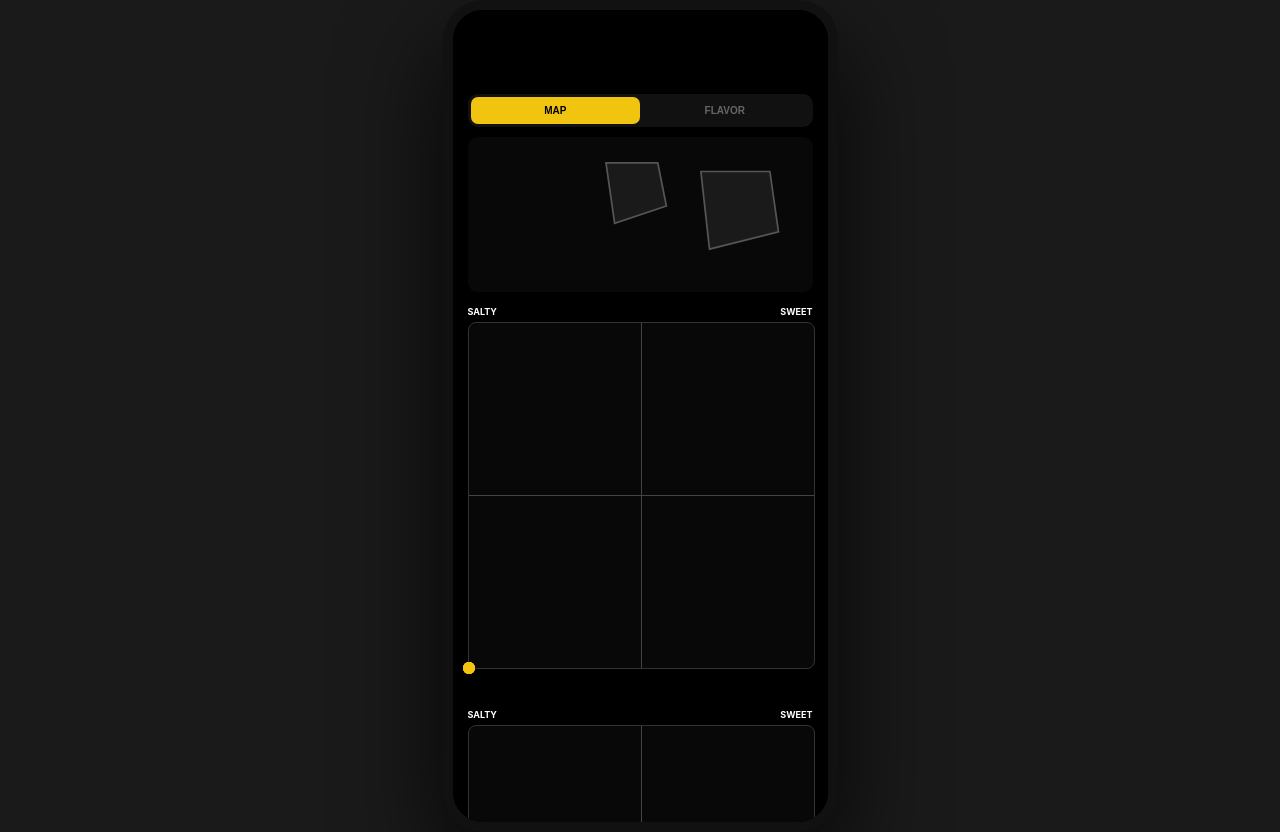
Repository: dkg11hu/baking-core
Page: index.html
These files come from the project's save history. The page is drawn as it stood at one moment and after the next save; the edit follows.
The browser window is 1280 px wide. The pictures show the whole page.

Above is the page before, as saved 2026-01-02 20:02:56.

### index.html
<!DOCTYPE html>
<html lang="en">
<head>
    <meta charset="UTF-8">
    <link rel="icon" href="data:[embedded picture, 216 characters]">
    <meta name="viewport" content="width=device-width, initial-scale=1.0, maximum-scale=1.0, user-scalable=no">
    <title>Baking Core | XS Driver</title>
    <link rel="stylesheet" href="style.css">
</head>
<body>
    <div class="iphone-xs">
        <div class="notch"></div>
        <div class="screen-content">
            <section id="browser-view">
                <div class="sticky-header">
                    <h1 class="brand-title">Baking Core</h1>
                    <div id="graphical-selector"></div>
                    <div id="filter-chips" class="chip-container"></div>
                </div>
                <div id="tile-grid" class="tile-grid"></div>
            </section>
            <section id="workflow-view" class="hidden">
                <div id="media-stage" class="media-container"></div>
                <div class="content-stage">
                    <div id="step-metadata"></div>
                    <div id="step-description"></div>
                </div>
                <div class="stepper-controls">
                    <button class="btn-nav" onclick="changeStep(-1)">BACK</button>
                    <button class="btn-nav primary" onclick="changeStep(1)">NEXT</button>
                </div>
            </section>
        </div>
        <div class="home-indicator"></div>
    </div>
    <script type="module" src="app.js"></script>
</body>
</html>

### style.css
:root {
    --primary: #f1c40f;
    --bg: #000000;
    --surface: #121212;
    --text: #ffffff;
    --phone-w: 375px;
    --phone-h: 812px;
}

body {
    margin: 0; background: #1a1a1a; display: flex; justify-content: center;
    align-items: center; min-height: 100vh; overflow: hidden;
    font-family: -apple-system, BlinkMacSystemFont, "Segoe UI", Roboto, sans-serif;
}

/* --- HARDWARE --- */
.iphone-xs {
    width: var(--phone-w); height: var(--phone-h); background: #000;
    border-radius: 40px; position: relative; border: 10px solid #111;
    overflow: hidden; box-shadow: 0 40px 100px rgba(0,0,0,0.8);
}

.notch {
    position: absolute; top: 0; left: 50%; transform: translateX(-50%);
    width: 170px; height: 30px; background: #000; z-index: 1000;
    border-bottom-left-radius: 18px; border-bottom-right-radius: 18px;
}

.screen-content {
    width: 100%; height: 100%; background: var(--bg);
    display: flex; flex-direction: column; overflow-y: auto; overflow-x: hidden;
}

/* --- UI ELEMENTS --- */
#graphical-selector { padding: 15px; border-bottom: 2px solid #1a1a1a; }

.selector-tabs { display: flex; background: #111; padding: 3px; border-radius: 10px; margin-bottom: 10px; }
.tab-btn {
    flex: 1; background: transparent; border: none; color: #666; padding: 8px;
    font-size: 10px; font-weight: 800; border-radius: 7px; cursor: pointer;
}
.tab-btn.active { background: var(--primary); color: #000; }

/* --- MAP --- */
.map-region { fill: #1a1a1a; stroke: #555; stroke-width: 2; transition: 0.3s; }
.map-region.active { fill: var(--primary); stroke: #fff; filter: drop-shadow(0 0 8px var(--primary)); }

/* --- FLAVOR WHEEL --- */
.flavor-matrix-container { width: 100%; display: block; padding: 10px 0; }
.matrix-labels { display: flex; justify-content: space-between; color: #fff; font-size: 9px; font-weight: bold; }
.flavor-plot {
    width: 100%; aspect-ratio: 1/1; background: #080808; border: 1px solid #333;
    position: relative; margin-top: 5px; border-radius: 8px;
}
.axis-x { position: absolute; bottom: 50%; width: 100%; height: 1px; background: #444; }
.axis-y { position: absolute; left: 50%; height: 100%; width: 1px; background: #444; }
.flavor-dot {
    position: absolute; width: 12px; height: 12px; background: var(--primary);
    border-radius: 50%; transform: translate(-50%, 50%); cursor: pointer; z-index: 10;
}

/* --- TILES --- */
.tile-grid { display: grid; grid-template-columns: repeat(2, 1fr); gap: 12px; padding: 15px; }
.tile {
    width: 100%; aspect-ratio: 1/1; position: relative; overflow: hidden;
    border-radius: 14px; background: var(--surface); border: 1px solid #222;
}
.tile img { width: 100%; height: 100%; object-fit: cover; }
.tile-label {
    position: absolute; bottom: 0; width: 100%; padding: 10px;
    background: linear-gradient(transparent, rgba(0,0,0,0.9)); color: #fff; font-size: 11px;
}

/* --- TOOLTIP --- */
.ui-tooltip {
    position: absolute; display: none; padding: 6px 12px; background: #fff;
    color: #000; font-size: 10px; font-weight: 800; border-radius: 4px;
    pointer-events: none; z-index: 9999; text-transform: uppercase;
}

### app.js
import { State } from './src/UI/State.mjs';
import { Gallery } from './src/UI/Gallery.mjs';
import { Driver } from './src/UI/Driver.mjs';
import { FlavorWheel } from './src/UI/FlavorWheel.mjs';

window.showHelper = (e, label) => {
    const tooltip = document.getElementById('ui-tooltip');
    if (!tooltip) return;
    tooltip.innerText = label;
    tooltip.style.display = 'block';
    const frame = document.querySelector('.iphone-xs').getBoundingClientRect();
    tooltip.style.left = `${e.clientX - frame.left + 15}px`;
    tooltip.style.top = `${e.clientY - frame.top - 30}px`;
};

window.hideHelper = () => {
    const t = document.getElementById('ui-tooltip');
    if (t) t.style.display = 'none';
};

window.switchSelector = (viewId) => {
    document.querySelectorAll('.tab-btn').forEach(b => b.classList.toggle('active', b.dataset.view === viewId));
    document.getElementById('view-map').style.display = viewId === 'map' ? 'block' : 'none';
    document.getElementById('view-flavor').style.display = viewId === 'flavor' ? 'block' : 'none';
};

window.filterByTerritory = (territory) => Gallery.filterByTerritory(territory, State.ssot, State.locale);
window.startWorkflow = (id) => { window.hideHelper(); Driver.start(id, State.ssot, State.locale); };

async function boot() {
    try {
        await State.init();
        const screen = document.querySelector('.screen-content');
        const tooltip = document.createElement('div');
        tooltip.id = 'ui-tooltip'; tooltip.className = 'ui-tooltip';
        screen.appendChild(tooltip);

        Gallery.render(State.ssot, State.locale);

        const selector = document.getElementById('graphical-selector');
        selector.innerHTML += FlavorWheel.render();

        requestAnimationFrame(() => {
            FlavorWheel.plotProducts(State.ssot, State.locale);
        });

        console.log("iPhone XS Driver: Online");
    } catch (err) { console.error("Boot failed:", err); }
}
boot();

### src/UI/State.mjs
export const State = {
    ssot: null,
    locale: null,
    currentId: null,
    currentStepIdx: 0,

    async init() {
        const [sRes, lRes] = await Promise.all([
            fetch('./data/Store/Registry/definitions.json'),
            fetch('./data/Store/Locale/en.json')
        ]);
        this.ssot = await sRes.json();
        this.locale = await lRes.json();
        return { ssot: this.ssot, locale: this.locale };
    }
};

### src/UI/Gallery.mjs
import { MediaHelper } from './MediaHelper.mjs';
import { MapSelection } from './Map.mjs';
import { FlavorWheel } from './FlavorWheel.mjs'; // Unified to singular

export const Gallery = {
    render(ssot, locale) {
        const selector = document.getElementById('graphical-selector');
        if (selector) {
            // Render the Tab Switcher + Map + Flavor Wheel
            selector.innerHTML = `
                <div class="selector-tabs">
                    <button class="tab-btn active" data-view="map" onclick="window.switchSelector('map')">MAP</button>
                    <button class="tab-btn" data-view="flavor" onclick="window.switchSelector('flavor')">FLAVOR</button>
                </div>
                ${MapSelection.render()}
                <div id="view-flavor" class="selector-view">${FlavorWheel.render()}</div>
            `;
        }

        // Initial load of all items
        this.filterByTerritory('ALL', ssot, locale);

        // Plot the dots on the sensory matrix
        FlavorWheel.plotProducts(ssot, locale);
    },

    filterByTerritory(territory, ssot, locale) {
        // Visual feedback for Map
        document.querySelectorAll('.map-region').forEach(reg => {
            reg.classList.toggle('active', reg.id === territory);
        });

        const products = Object.entries(ssot.registry).filter(([id, data]) => {
            if (data.type !== 'BRANCH') return false;
            // Logic-Blind: Matching database fieldname
            return territory === 'ALL' || data.classification?.territory === territory;
        });

        this.renderTiles(products, locale);
    },

    renderTiles(products, locale) {
        const grid = document.getElementById('tile-grid');
        if (!grid) return;

        grid.innerHTML = products.map(([id, data]) => {
            const imgUrl = MediaHelper.safeImage(data.ui_features?.tile_photo, id);
            const fallback = MediaHelper.getFallbackSVG(id);

            return `
                <div class="tile"
                     onclick="window.startWorkflow('${id}')"
                     onmousemove="window.showHelper(event, '${locale[id] || id}')"
                     onmouseleave="window.hideHelper()">
                    <img src="${imgUrl}"
                         alt="${id}"
                         onerror="this.onerror=null; this.src='${fallback}';">
                    <div class="tile-label">
                        <strong>${locale[id] || id}</strong>
                    </div>
                </div>
            `;
        }).join('');
    }
};

### src/UI/Driver.mjs
import { GraphResolver } from '../Graph/Core/Resolver.mjs';
import { State } from './State.mjs';

export const Driver = {
    async start(id, ssot, locale) {
        State.currentProcess = await GraphResolver.resolve(id, ssot);
        State.currentStepIdx = 0;
        document.getElementById('browser-view').classList.add('hidden');
        document.getElementById('workflow-view').classList.remove('hidden');
        this.updateUI(locale);
    },

    move(delta, locale) {
        const next = State.currentStepIdx + delta;
        if (next >= 0 && next < State.currentProcess.workflow.length) {
            State.currentStepIdx = next;
            this.updateUI(locale);
        } else if (next < 0) {
            document.getElementById('browser-view').classList.remove('hidden');
            document.getElementById('workflow-view').classList.add('hidden');
        }
    },

    updateUI(locale) {
        const step = State.currentProcess.workflow[State.currentStepIdx];
        const media = document.getElementById('media-stage');

        media.innerHTML = `<video src="${step.video}" autoplay loop muted></video>`;

        document.getElementById('step-metadata').innerHTML = `
            <div style="display:flex; gap:10px; color:var(--primary); font-size:12px; margin-bottom:10px;">
                ${step.target_temp ? `<span>🌡️ ${step.target_temp}°C</span>` : ''}
                ${step.duration_min ? `<span>⏱️ ${step.duration_min}m</span>` : ''}
            </div>
        `;

        document.getElementById('step-description').innerHTML = `
            <small style="color:#666">${State.currentProcess.id}</small>
            <h2 style="margin:5px 0;">${locale[step.stepId] || step.stepId}</h2>
            <div style="display:flex; gap:5px; flex-wrap:wrap;">
                ${step.tools?.map(t => `<span style="background:#333; padding:2px 8px; border-radius:4px; font-size:10px;">${t}</span>`).join('') || ''}
            </div>
        `;
    }
};

### src/UI/FlavorWheel.mjs
import { Calculator } from '../Graph/Logic/Calculator.mjs';

export const FlavorWheel = {
    render() {
        return `
            <div class="flavor-matrix-container" id="view-flavor">
                <div class="matrix-labels">
                    <span class="label-y">SALTY</span>
                    <span class="label-x">SWEET</span>
                </div>
                <div id="flavor-plot" class="flavor-plot">
                    <div class="axis-x"></div>
                    <div class="axis-y"></div>
                </div>
                <div class="matrix-legend">Hover to identify • Tap to start</div>
            </div>
        `;
    },

    async plotProducts(ssot, locale) {
        const plot = document.getElementById('flavor-plot');
        if (!plot) return;

        const products = Object.entries(ssot.registry).filter(([_, item]) => item.type === 'BRANCH');

        // Reset the plot area while keeping the axis lines
        plot.innerHTML = '<div class="axis-x"></div><div class="axis-y"></div>';

        for (const [id, data] of products) {
            try {
                /** * NORMALIZATION:
                 * Database ID (PROD_YUDANE) -> lower-case filename (prod_yudane.json)
                 */
                const fileName = id.toLowerCase();
                const path = ssot.orchestration.paths.entities;
                const res = await fetch(`./data/Store/${path}/${fileName}.json`);

                if (!res.ok) continue;
                const entity = await res.json();

                const coords = this.calculateCoordinates(entity.formula, ssot);
                const displayName = locale[id] || id;

                const dot = document.createElement('div');
                dot.className = 'flavor-dot';
                dot.style.left = `${coords.x * 100}%`;
                dot.style.bottom = `${coords.y * 100}%`;

                // HOVER HELPER INTEGRATION
                dot.onmousemove = (e) => window.showHelper(e, displayName);
                dot.onmouseleave = () => window.hideHelper();

                // SELECTION ACTION
                dot.onclick = () => {
                    window.hideHelper(); // Clear tooltip on transition
                    window.startWorkflow(id);
                };

                plot.appendChild(dot);
            } catch (err) {
                console.warn(`[Sensory Mapping] Failed to plot ${id}:`, err);
            }
        }
    },

    calculateCoordinates(formula, ssot) {
        let salt = 0, sugar = 0;

        formula.forEach(ing => {
            const material = ssot.registry[ing.id];
            // Logic-Blind: checking fieldname from Database
            if (material?.material_class === 'SALTS') salt += ing.pct;
            if (material?.material_class === 'SWEETENERS') sugar += ing.pct;
        });

        // SCALE: Normalizing to UI percentages
        // Max sweet assumed at 15% (0.15), Max salt at 3% (0.03)
        return {
            x: Math.min(sugar / 0.15, 1),
            y: Math.min(salt / 0.03, 1)
        };
    }
};

### src/UI/MediaHelper.mjs
export const MediaHelper = {
    /**
     * @param {string} url - The path from definitions.json
     * @param {string} id - The Database ID (e.g., PROD_YUDANE)
     */
    safeImage(url, id) {
        // If the database field is empty or path is too short
        if (!url || url.length < 5) return this.getFallbackSVG(id);

        // Return the URL (The browser's onerror will handle physical 404s)
        return url.toLowerCase();
    },

    getFallbackSVG(label = "Baking Core") {
        const svg = `
            <svg xmlns='http://www.w3.org/2000/svg' viewBox='0 0 100 100'>
                <rect width='100' height='100' fill='#121212'/>
                <path d='M30 70 L50 30 L70 70' stroke='#f1c40f' stroke-width='2' fill='none' opacity='0.5'/>
                <text x='50%' y='85%' text-anchor='middle' fill='#555' font-size='6' font-family='monospace' letter-spacing='1'>
                    ${label.toUpperCase()}
                </text>
            </svg>`.trim();
        return `data:[embedded picture, 36 characters])}`;
    }
};

### src/UI/Map.mjs
export const MapSelection = {
    render() {
        return `
            <div class="map-container" id="view-map">
                <svg viewBox="0 0 400 180" class="interactive-map">
                    <rect width="400" height="180" fill="#080808" rx="12"/>

                    <path id="EUROPE"
                          class="map-region"
                          onmousemove="window.showHelper(event, 'Europe')"
                          onmouseleave="window.hideHelper()"
                          onclick="window.filterByTerritory('EUROPE')"
                          d="M160,30 L220,30 L230,80 L170,100 Z" />

                    <path id="ASIA"
                          class="map-region"
                          onmousemove="window.showHelper(event, 'Asia')"
                          onmouseleave="window.hideHelper()"
                          onclick="window.filterByTerritory('ASIA')"
                          d="M270,40 L350,40 L360,110 L280,130 Z" />
                </svg>
            </div>
        `;
    }
};

### src/Graph/Core/Resolver.mjs
export const GraphResolver = {
    async resolve(id, ssot) {
        const product = ssot.registry[id];
        if (!product) throw new Error(`ID ${id} not found in registry`);

        // Get path from orchestration: e.g., "Entities"
        const path = ssot.orchestration.paths.entities;

        /** * FIX: Case-Sensitivity Mapping
         * Registry ID (Uppercase: PROD_YUDANE) -> Filename (Lowercase: prod_yudane.json)
         */
        const fileName = id.toLowerCase();
        const res = await fetch(`./data/Store/${path}/${fileName}.json`);

        // Handle potential fetch errors (404, 500)
        if (!res.ok) {
            throw new Error(`Failed to load entity file: ./data/Store/${path}/${fileName}.json`);
        }

        const entity = await res.json();

        // COMPOSITION: Stitching the tech array (e.g., ["TECH_SCALD", "TECH_LEAVENED_BASE"])
        const techStack = Array.isArray(product.technology_ref)
            ? product.technology_ref
            : [product.technology_ref];

        const workflow = techStack.flatMap(tId => {
            const tech = ssot.technologies[tId];
            if (!tech) {
                console.warn(`Technology ${tId} defined in registry but missing in technologies library.`);
                return [];
            }

            return Object.entries(tech.steps).map(([stepId, globalData]) => ({
                stepId,
                ...globalData,
                // Apply instance-level overrides from the entity JSON (target_temp, duration_min)
                ...(entity.parameters?.[stepId] || {})
            }));
        });

        return {
            id,
            workflow,
            formula: entity.formula,
            classification: product.classification
        };
    }
};

### src/Graph/Logic/Calculator.mjs
export class Calculator {
    static sanitizeMiseEnPlace(rawResults, ssot) {
        const sanitized = {};
        for (const [id, mass] of Object.entries(rawResults)) {
            const entry = ssot.registry[id];
            const catId = entry ? entry.category_id : 'OTHER';
            const rules = ssot.physics_categories[catId] || { ROUNDING_THRESHOLD_PCT: 0.05 };
            sanitized[id] = this.applyRounding(mass, rules.ROUNDING_THRESHOLD_PCT);
        }
        return sanitized;
    }

    static applyRounding(value, threshold) {
        if (value === 0) return 0;
        const rounded = Math.round(value);
        const deviation = Math.abs((rounded - value) / value);
        return (deviation > threshold) ? Number(value.toFixed(1)) : rounded;
    }
}

### data/Store/Locale/en.json
{
    "MAT_001": "Bread Flour BL-80",
    "MAT_002": "Water",
    "MAT_003": "Whole Milk",
    "MAT_004": "Fine Sea Salt",
    "MAT_005": "Instant Dry Yeast",
    "MAT_006": "Unsalted Butter",
    "PROD_001": "Yudane Scald",
    "PROD_002": "Hokkaido Milk Bread",
    "PROC_STARTER": "Rye Starter Culture",
    "PROC_LEVAIN": "Active Liquid Levain",
    "PROD_SOURDOUGH": "Artisan Double-Fermented Sourdough",
    "MAT_WHEAT": "Stone-ground Wheat Flour",
    "MAT_WATER": "Filtered Water"
}

### data/Store/Entities/prod_yudane.json
{
  "id": "PROD_YUDANE",
  "technology": "TECH_SCALD",
  "formula": [
    { "id": "MAT_WHEAT_T80", "pct": 1.0, "tech_step": "step_incorporate" },
    { "id": "MAT_WATER", "pct": 1.5, "tech_step": "step_boil" }
  ],
  "parameters": {
    "step_boil": { "target_temp": 100 },
    "step_gelatinize": { "target_temp": 4, "duration_min": 720, "tools": ["TOOL_CHILLER"] }
  }
}

### data/Store/Entities/proc_starter.json
{
  "id": "PROC_STARTER",
  "technology": "TECH_CULTURE_MAINTENANCE",
  "formula": [
    { "id": "MAT_WHEAT_T80", "pct": 1.0, "tech_step": "step_feed" },
    { "id": "MAT_WATER", "pct": 1.0, "tech_step": "step_feed" }
  ],
  "parameters": {
    "step_ferment": { "target_temp": 26, "duration_min": 480 }
  }
}

Loaded but not shown: data/Store/Registry/definitions.json (87 lines, source omitted); data/Store/Entities/prod_sourdough_loaf.json (15 lines, source omitted); data/Store/Entities/prod_blended_sourdough_yudane.json (15 lines, source omitted)

After the next save:
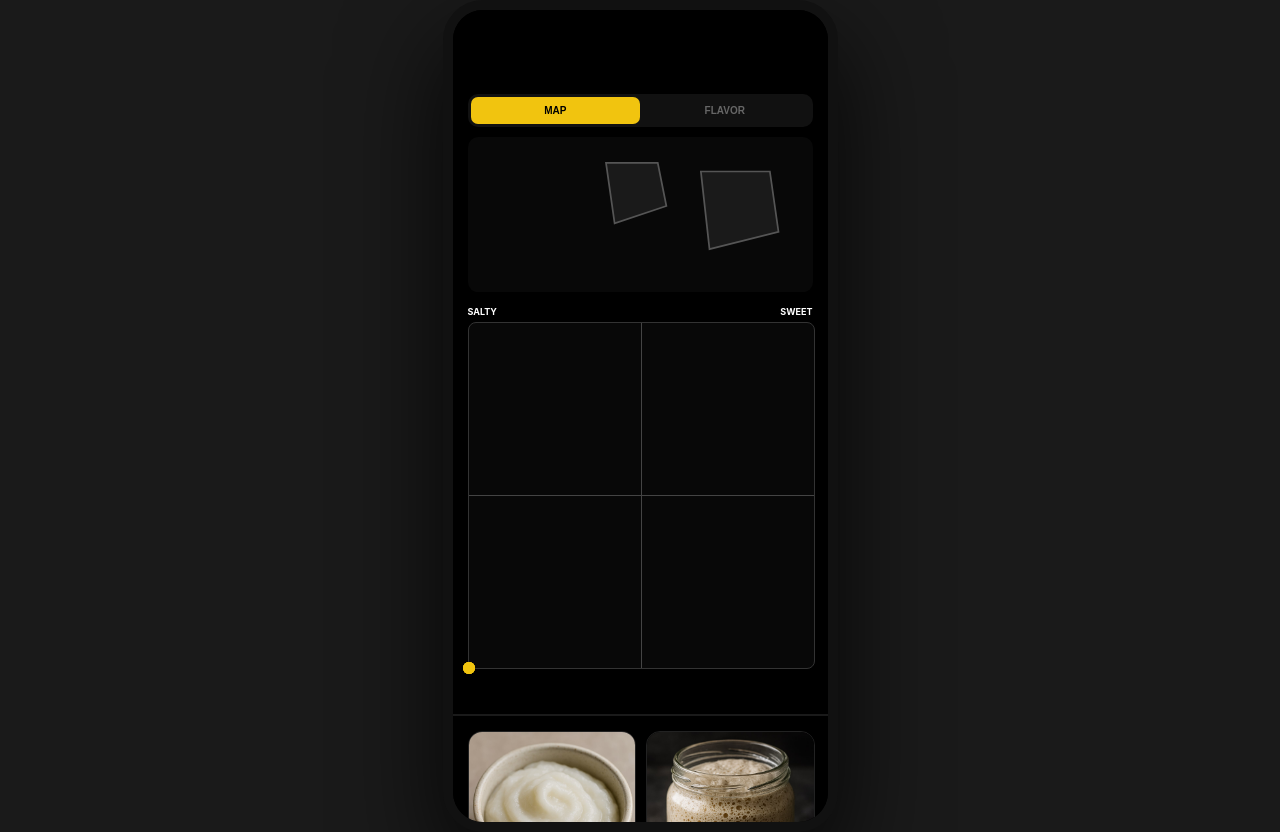
Saved 14 s later.
--- a/src/UI/Gallery.mjs
+++ b/src/UI/Gallery.mjs
@@ -1,65 +1,38 @@
 import { MediaHelper } from './MediaHelper.mjs';
 import { MapSelection } from './Map.mjs';
-import { FlavorWheel } from './FlavorWheel.mjs'; // Unified to singular
 
 export const Gallery = {
     render(ssot, locale) {
         const selector = document.getElementById('graphical-selector');
         if (selector) {
-            // Render the Tab Switcher + Map + Flavor Wheel
             selector.innerHTML = `
                 <div class="selector-tabs">
                     <button class="tab-btn active" data-view="map" onclick="window.switchSelector('map')">MAP</button>
                     <button class="tab-btn" data-view="flavor" onclick="window.switchSelector('flavor')">FLAVOR</button>
                 </div>
-                ${MapSelection.render()}
-                <div id="view-flavor" class="selector-view">${FlavorWheel.render()}</div>
+                <div id="view-map">${MapSelection.render()}</div>
             `;
         }
-
-        // Initial load of all items
         this.filterByTerritory('ALL', ssot, locale);
-
-        // Plot the dots on the sensory matrix
-        FlavorWheel.plotProducts(ssot, locale);
     },
 
     filterByTerritory(territory, ssot, locale) {
-        // Visual feedback for Map
-        document.querySelectorAll('.map-region').forEach(reg => {
-            reg.classList.toggle('active', reg.id === territory);
+        const products = Object.entries(ssot.registry).filter(([id, data]) => {
+            return data.type === 'BRANCH' && (territory === 'ALL' || data.classification?.territory === territory);
         });
-
-        const products = Object.entries(ssot.registry).filter(([id, data]) => {
-            if (data.type !== 'BRANCH') return false;
-            // Logic-Blind: Matching database fieldname
-            return territory === 'ALL' || data.classification?.territory === territory;
-        });
-
         this.renderTiles(products, locale);
     },
 
     renderTiles(products, locale) {
         const grid = document.getElementById('tile-grid');
-        if (!grid) return;
-
         grid.innerHTML = products.map(([id, data]) => {
-            const imgUrl = MediaHelper.safeImage(data.ui_features?.tile_photo, id);
-            const fallback = MediaHelper.getFallbackSVG(id);
-
+            const name = locale[id] || id;
             return `
-                <div class="tile"
-                     onclick="window.startWorkflow('${id}')"
-                     onmousemove="window.showHelper(event, '${locale[id] || id}')"
-                     onmouseleave="window.hideHelper()">
-                    <img src="${imgUrl}"
-                         alt="${id}"
-                         onerror="this.onerror=null; this.src='${fallback}';">
-                    <div class="tile-label">
-                        <strong>${locale[id] || id}</strong>
-                    </div>
-                </div>
-            `;
+                <div class="tile" onclick="window.startWorkflow('${id}')"
+                     onmousemove="window.showHelper(event, '${name}')" onmouseleave="window.hideHelper()">
+                    <img src="${MediaHelper.safeImage(data.ui_features?.tile_photo, id)}" onerror="this.src='${MediaHelper.getFallbackSVG(id)}'">
+                    <div class="tile-label"><strong>${name}</strong></div>
+                </div>`;
         }).join('');
     }
 };
